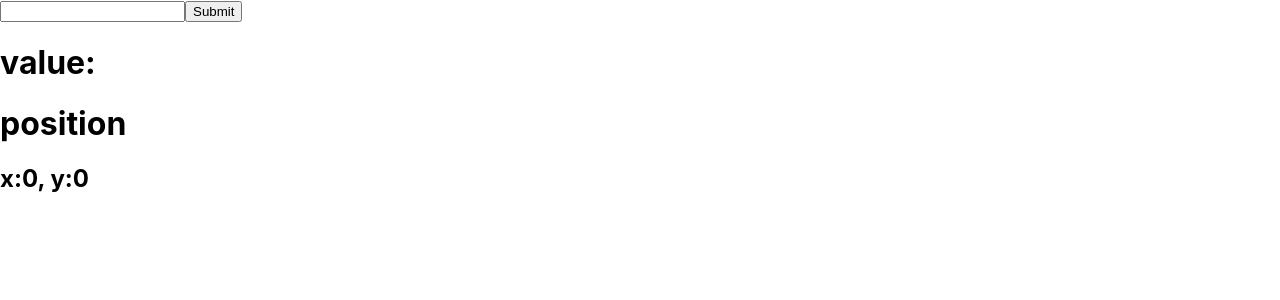
Repository: mariocapitbrok/robot-position
Page: /
The author's editor kept a copy of each file at every save. The page is drawn from the files as they stood at one save, then again after the next save.
The browser window is 1280 px wide. The pictures show the whole page.
The project was rebuilt for these pictures with package versions that can differ from the ones it lists, and the page was loaded fresh each time. Also part of the build but not shown: src/App.css.

Above is the page before, as saved 2021-12-01 18:20:09.

After the next save:
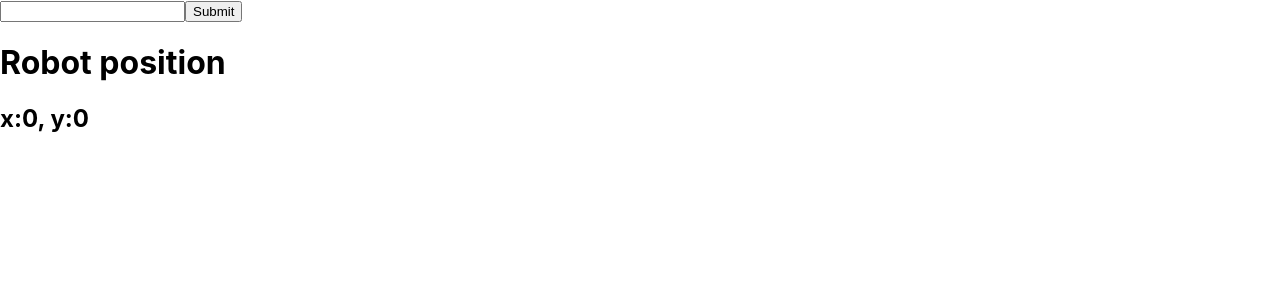
Saved 2 min 15 s later.
--- a/src/components/robot.jsx
+++ b/src/components/robot.jsx
@@ -58,8 +58,7 @@ const Robot = () => {
         <input onChange={handleChange} name="value" type="text" value={value} />
         <button onClick={handleClick}>Submit</button>
       </form>
-      <h1>value: {value}</h1>
-      <h1>position</h1>
+      <h1>Robot position</h1>
       <h2>
         x:{x}, y:{y}
       </h2>
